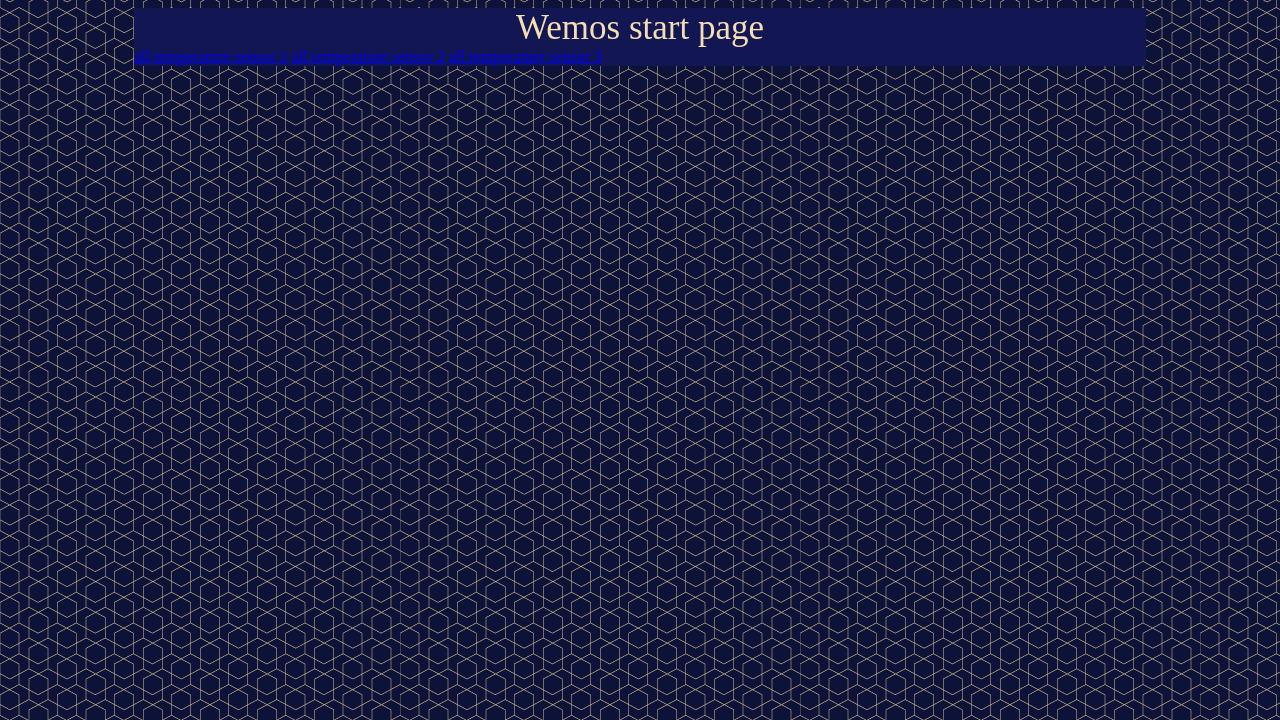
Repository: findryDev/flaskRestAPI
Page: templates/index.html
These files come from the project's save history. The page is drawn as it stood at one moment and after the next save; the edit follows.
The browser window is 1280 px wide. The pictures show the whole page.
The template is drawn by Flask 3. The application's start-up code is not run. Other server files are loaded and not shown. The template is opened directly, without the code that normally fills it, so the values that code supplies are empty.

Above is the page before, as saved 2021-03-15 04:36:22.

### templates/index.html
<!DOCTYPE html>
<html lang="en">
<head>
    <meta charset="UTF-8">
    <meta name="viewport" content="width=device-width, initial-scale=1.0">
    <link rel="stylesheet" href="../static/style.css"\>
    <!--href="{{ url_for('static', filename='style.css') }}" -->
    <title>Vemos start page</title>

</head>
<body>
    <div id="container">
        <div id="title">Wemos start page</div>
        <div id="main">
            <a href="/temperatures/sensor1"> all temperature sensor 1</a>
            <a href="/temperatures/sensor1"> all temperature sensor 2</a>
            <a href="/temperatures/sensor1"> all temperature sensor 3</a>




        </div>
    </div>
</body>
</html>

### static/style.css
body
  {
    background-image: url("../static/oriental-tiles.png");
    background-repeat: repeat;
  }

#container
  {
    width: 80%;
    height: 80%;
    margin-right: auto;
    margin-left: auto;
    background-color: rgb(18, 22, 83);
  }

#title
  {
    width: 100%;
    height: 40px;
    text-align: center;
    color: wheat;
    font-size: 35px;
  }

After the next save:
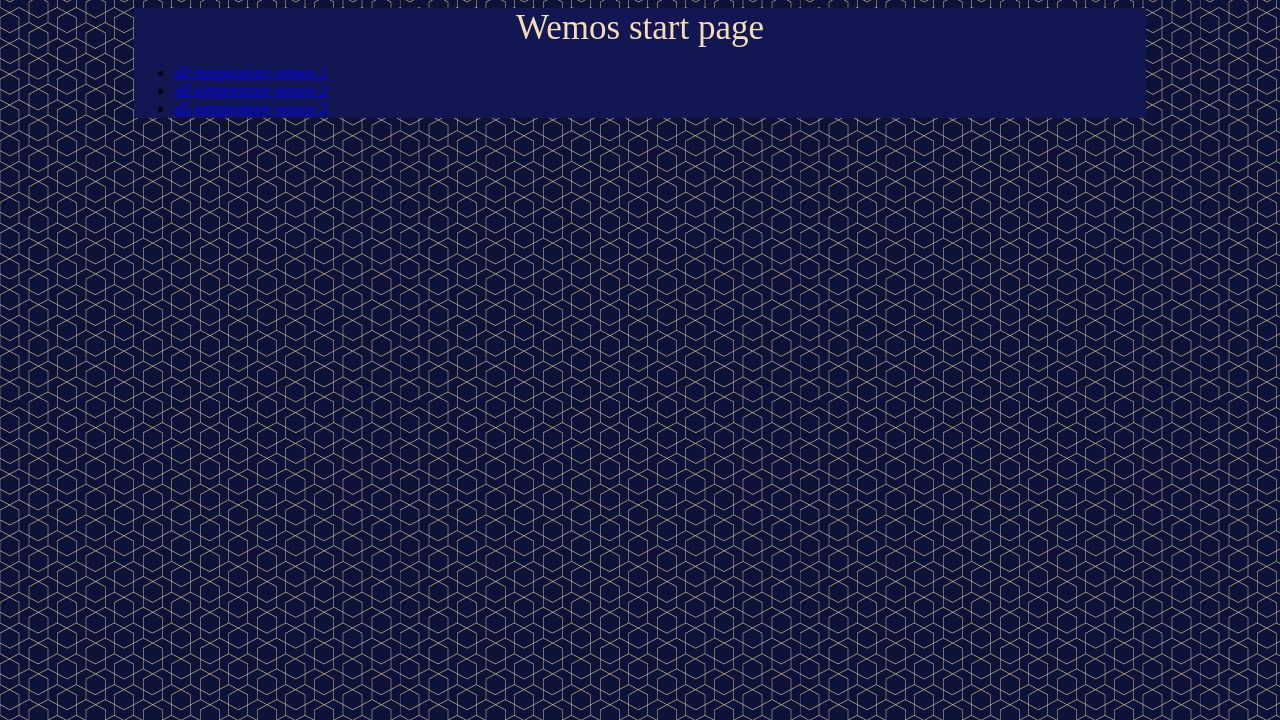
Saved 2 min 29 s later.
--- a/templates/index.html
+++ b/templates/index.html
@@ -12,10 +12,11 @@
     <div id="container">
         <div id="title">Wemos start page</div>
         <div id="main">
-            <a href="/temperatures/sensor1"> all temperature sensor 1</a>
-            <a href="/temperatures/sensor1"> all temperature sensor 2</a>
-            <a href="/temperatures/sensor1"> all temperature sensor 3</a>
-
+            <ul>
+                <li><a href="/temperatures/sensor1"> all temperature sensor 1</a></li>
+                <li><a href="/temperatures/sensor1"> all temperature sensor 2</a></li>
+                <li><a href="/temperatures/sensor1"> all temperature sensor 3</a></li>
+            </ul>
 
 
 
